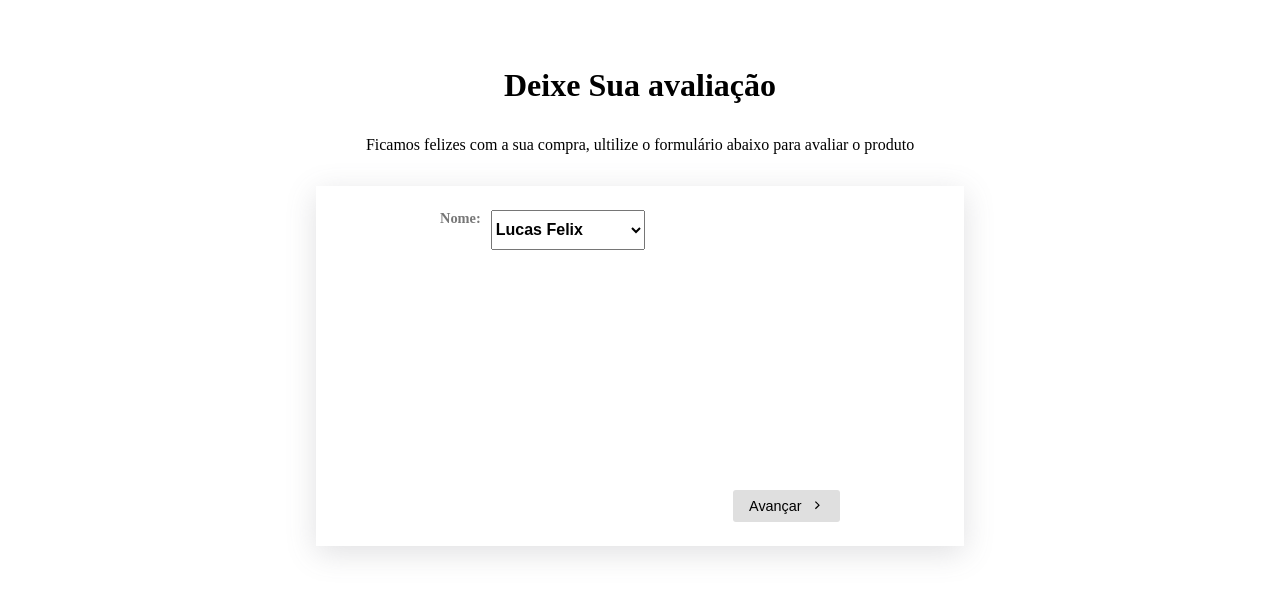
Repository: pheonix5/formulario_stap
Page: /
An editor plug-in stored every save of this project. The page is shown before and after a run of saves, followed by the edit.
The browser window is 1280 px wide. The pictures show the whole page.
The project was rebuilt for these pictures with package versions that can differ from the ones it lists, and the page was loaded fresh each time. Also part of the build but not shown: vite.config.js, src/components/ReviewForm.css, src/components/ReviewForm.tsx, src/components/Thanks.css, src/components/Thanks.tsx.

Above is the page before, as saved 2023-05-24 21:37:51.

### index.html
<!DOCTYPE html>
<html lang="en">
  <head>
    <meta charset="UTF-8" />
    <link rel="icon" type="image/svg+xml" href="/vite.svg" />
    <meta name="viewport" content="width=device-width, initial-scale=1.0" />
    <title>Multistep com React</title>
    <link rel="preconnect" href="https://fonts.googleapis.com">
    <link rel="preconnect" href="https://fonts.gstatic.com" crossorigin>
    <link href="https://fonts.googleapis.com/css2?family=Barlow:ital,wght@0,100;0,200;0,300;0,400;0,500;0,600;0,700;0,800;0,900;1,100;1,200;1,300;1,400;1,500;1,600;1,700;1,800;1,900&display=swap" rel="stylesheet">
  </head>
  <body>
    <div id="root"></div>
    <script type="module" src="/src/main.jsx"></script>
  </body>
</html>

### src/main.jsx
import React from 'react'
import ReactDOM from 'react-dom/client'
import { router } from './App'

import { RouterProvider } from 'react-router-dom'

ReactDOM.createRoot(document.getElementById('root')).render(
  <React.StrictMode>
    <RouterProvider router={router}/>
  </React.StrictMode>,
)

### src/App.jsx

import { createBrowserRouter } from 'react-router-dom'

import Formulario from './pages/Formulario'

const router = createBrowserRouter([
  {
    path: '/',
    element: <Formulario/>
  }
])

export { router };

### src/pages/Formulario/index.tsx
/* eslint-disable react/jsx-key */
/* eslint-disable no-unused-vars */
// Components
import React, { useState } from 'react';

import {GrFormNext, GrFormPrevious} from 'react-icons/gr';
import { FiSend } from 'react-icons/fi';
import UserForm from '../../components/UserForm';
import ReviewForm from '../../components/ReviewForm';
import Thanks from '../../components/Thanks';

// Hooks
import { useForm } from '../../hooks/useForm'
import './style.css'

const formTemplate ={
  name: "",
  email: "",
  review: "",
  comment: "",
}


export default function Formulario() {
  const [data, setData] = useState(formTemplate);

  const updateFieldHandler = (key, value) => {
    setData((prev) => {
      return {...prev, [key]: value};
    })
  }

  const formComponents = [
    <UserForm data={data} updateFieldHandler={updateFieldHandler}/>,
    <ReviewForm data={data} updateFieldHandler/>,
    <Thanks data={data}/>
  ];

  const { currentStep, currentComponent, changeStep, isLastStep, isFirstStep } = useForm(formComponents);

  return (
   <div className='app'>

    <div className="header">
      <h2>Deixe Sua avaliação</h2>
      <p>Ficamos felizes com a sua compra, ultilize o formulário abaixo para avaliar o produto</p>
    </div>

    <div className="form-container">
      <form onSubmit={(e) => changeStep(currentStep + 1, e)}>
        <div className="inputs-container">{currentComponent}</div>
        <div className="actions">

          {!isFirstStep && (
            <button type='button' onClick={() => changeStep(currentStep -1 )}>
              <GrFormPrevious/>
              <span>Voltar</span>
          </button>
          )}

          {!isLastStep ? (
            <button type='submit'>
              <span>Avançar</span>
              <GrFormNext/>
            </button>
          ) : (
            <button type='button'>
            <span>Enviar</span>
            <FiSend/>
          </button>
          )}

        </div>
      </form>
    </div>

   </div>
  )
}

### src/components/UserForm.tsx
import React from "react";
import './Userform.css'

const UserForm = ({ data, updateFieldHandler }) =>{
  return (
    <div>
      <div className="select">
        <label htmlFor="">Nome:</label>
        <select
          name="text"
          id="name"
          onChange={(e) => updateFieldHandler('name', e.target.value)}
        >

          <option  value={data.name || "Lucas"}>Lucas Felix</option>
          <option  value={data.name || "Camila"}>Camila Vitoria</option>
          <option  value={data.name || "Amanda"}>Amanda Caroline</option>
          <option  value={data.name || "Ronara"}>Ronara Fernanda</option>
        </select>
      </div>

    </div>
  )
}

export default UserForm;

### src/hooks/useForm.jsx
/* eslint-disable no-unused-vars */
import { useState } from "react";

export function useForm(steps){
  const [currentStep, setCurrentStep] = useState(0)

  function changeStep(i, e){
    if(e) e.preventDefault();

    if(i < 0 || i >= steps.length) return;

    setCurrentStep(i)
  }

  return{
    currentStep,
    currentComponent: steps[currentStep],
    changeStep,
    isLastStep: currentStep +1 === steps.length ? true : false,
    isFirstStep: currentStep === 0 ? true : false,
  }
}

### src/pages/Formulario/style.css
.app{
  padding: 2rem;
}

/* Cabeçalho*/
.header{
  text-align: center;
  margin-bottom: 2rem;
}

.header h2{
  font-size: 2rem;
  margin-bottom: 2rem;
}

/* Forms  */
.form-container{
  max-width: 600px;
  margin: 0 auto;
  background-color: #FFF;
  padding: 1.5rem;
  box-shadow: rgba(100, 100, 111, 0.2) 0px 7px 29px 0px;
}

.form-container form{
  max-width: 400px;
  margin: 0 auto;
}

.inputs-container{
  min-height: 280px;
}

.form-control {
  display: flex;
  flex-direction: column;
  gap: 0.6rem;
  margin-bottom: 2rem;
}

label{
  font-weight: bold;
  color: #777;
  font-size: 0.9rem;
}

input,
textarea{
  padding: .6rem;
  border: none;
  border-radius: 3px;
  box-shadow: rgba(99, 99, 99, 0.2) 0px 2px 8px 0;
}

textarea{
  height: 120px;
}

/* Actions */
.actions{
  display: flex;
  justify-content: flex-end;
  gap: 1rem;
}

.actions button{
  font-size: .9rem;
  padding: .5rem 1rem;
  display: flex;
  gap: 0.5rem;
  align-items: center;
  border-radius: 3px;
  background-color: #DFDFDF;
  cursor: pointer;
  border: none;
  transition: 0.3s;
}

.actions button:hover{
  background-color: #CFCFCF;
}

### src/components/UserForm.css
.select{
  display: flex;
  flex-direction: row;
  width: 100%;
  height: 40px;
  gap: 10px;
}

.select select{
  font-size: medium;
  font-weight: bold;
  border: 0, 0, 1, 0 solid #c0c0c0;
}

After the next 2 saves:
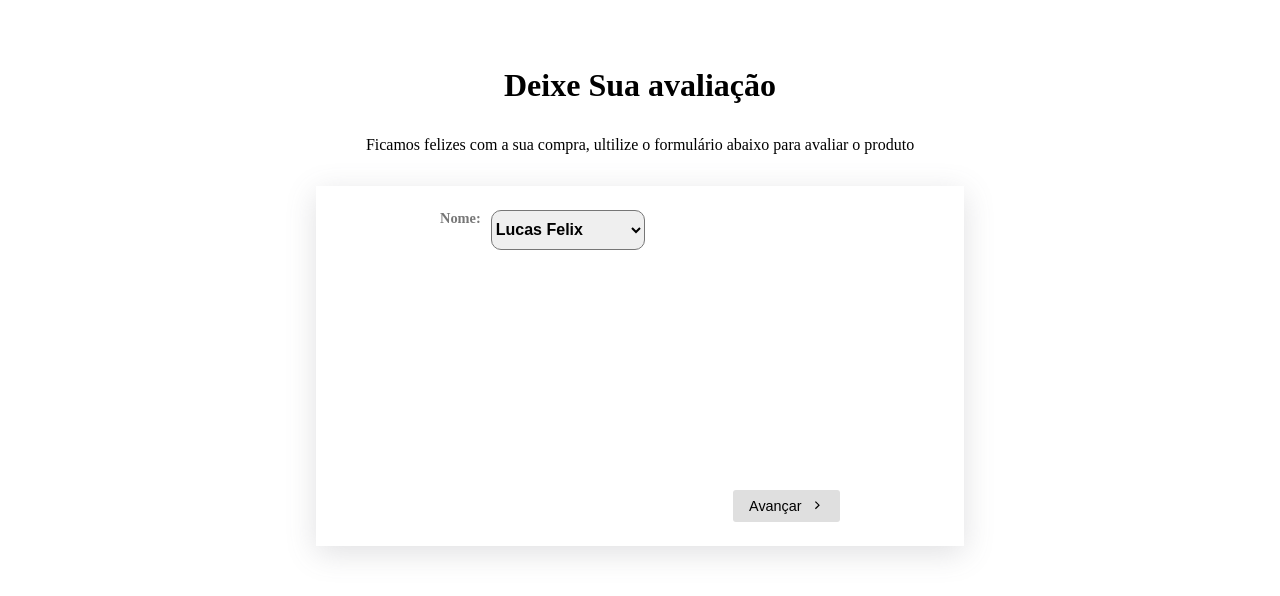
The 2 saves are shown as one change because they came seconds apart.
The last was saved 24 s later.
--- a/src/components/UserForm.css
+++ b/src/components/UserForm.css
@@ -9,5 +9,5 @@
 .select select{
   font-size: medium;
   font-weight: bold;
-  border: 0, 0, 1, 0 solid #c0c0c0;
+  border-radius: 10px;
 }
